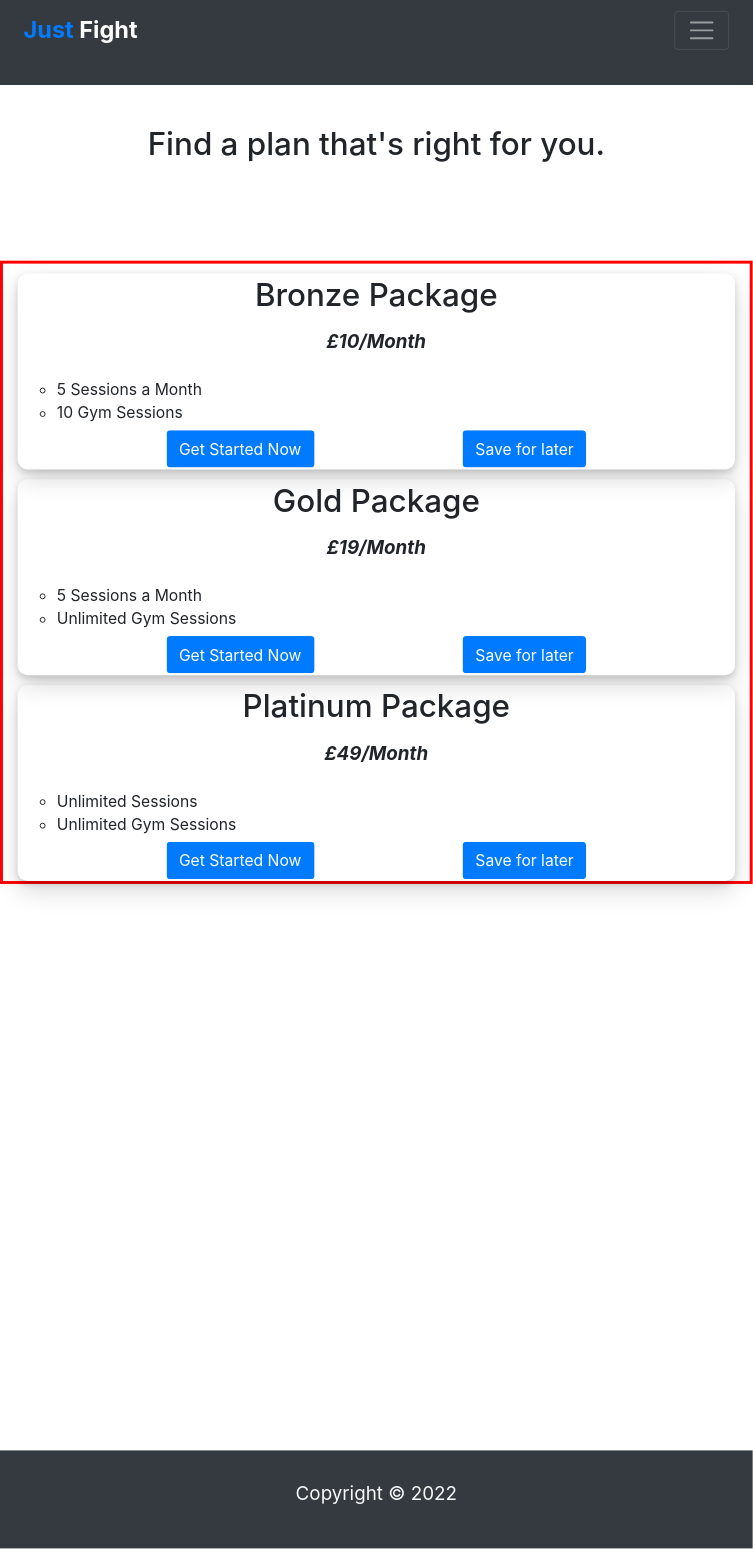
Repository: IonPara/Just-Fight
Page: plans.html
The author's editor kept a copy of each file at every save. The page is drawn from the files as they stood at one save, then again after the next save.
The browser window is 768 px wide. The pictures show the whole page, at 98% of full size.
Some web libraries are served in a nearby version.

Above is the page before, as saved 2023-03-13 16:42:09.

After the next save:
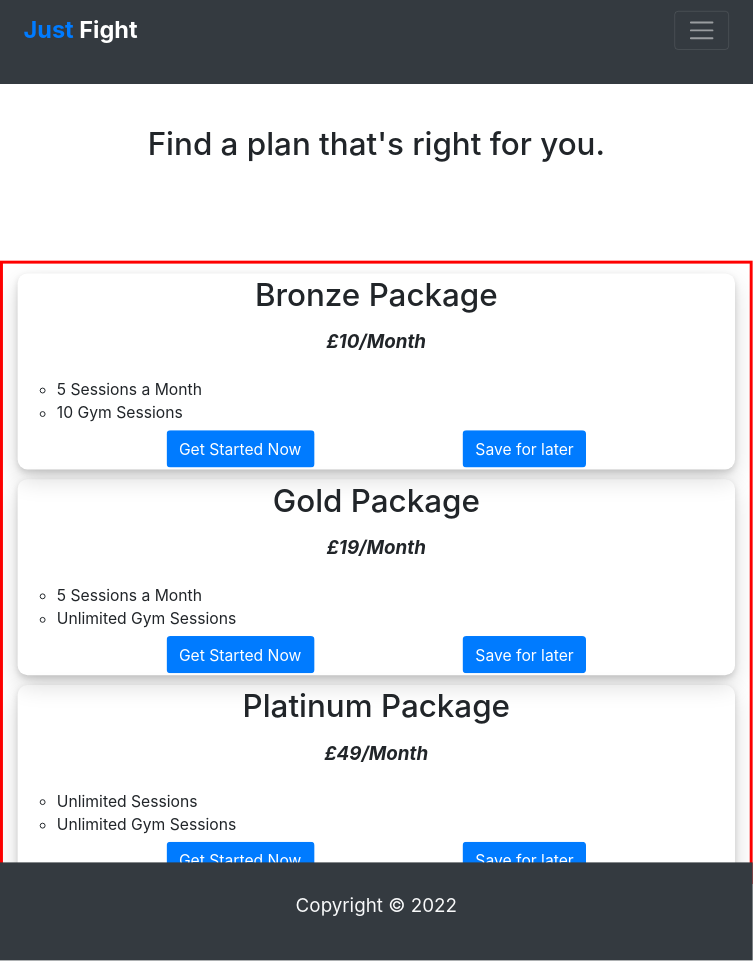
Saved 12 s later.
--- a/Styles/plans.css
+++ b/Styles/plans.css
@@ -89,7 +89,4 @@ footer p {
     height: 90vh;
   }
 
-  .plans-footer {
-    margin-top: 600px !important;
-  }
 }
